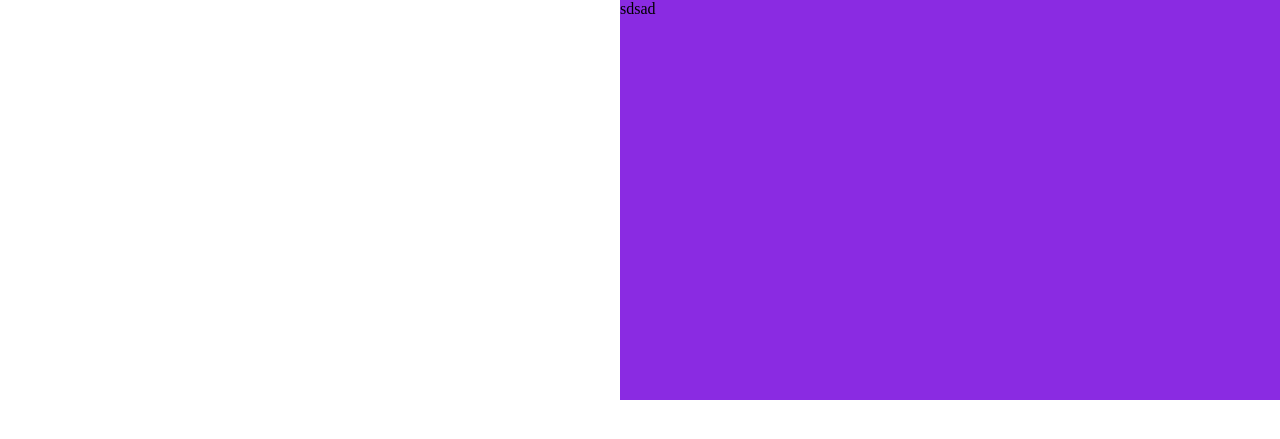
Repository: rohdejakub/portfolio
Page: index.html
The author's editor kept a copy of each file at every save. The page is drawn from the files as they stood at one save, then again after the next save.
The browser window is 1280 px wide. The pictures show the whole page.

Above is the page before, as saved 2018-11-12 20:23:10.

After the next save:
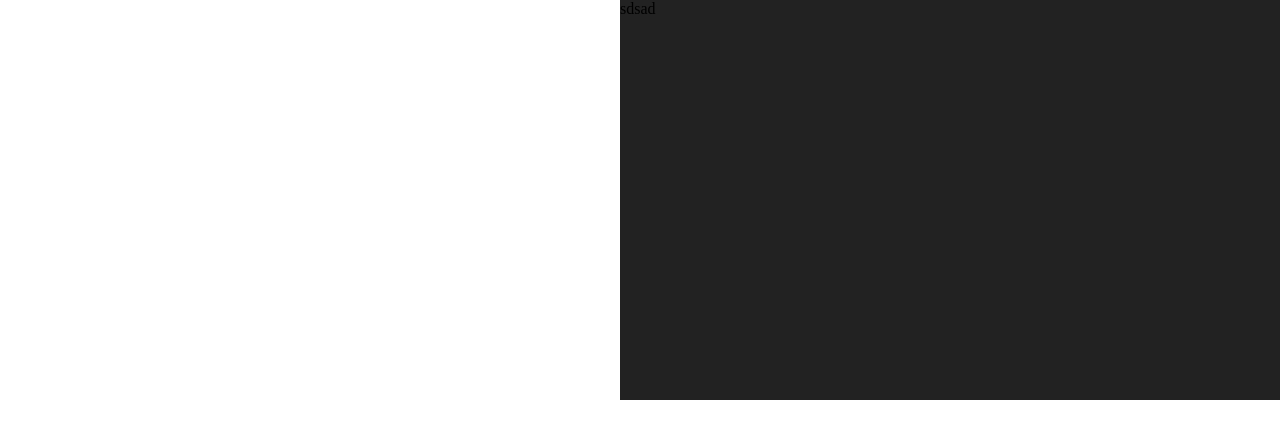
Saved 5 s later.
--- a/css/main.css
+++ b/css/main.css
@@ -42,7 +42,7 @@
 .portfolio{
     grid-area: portfolio;
     height: 400px;
-    background-color: blueviolet;
+    background-color: #222;
 }
 
 footer{

After the 2 saves that followed:
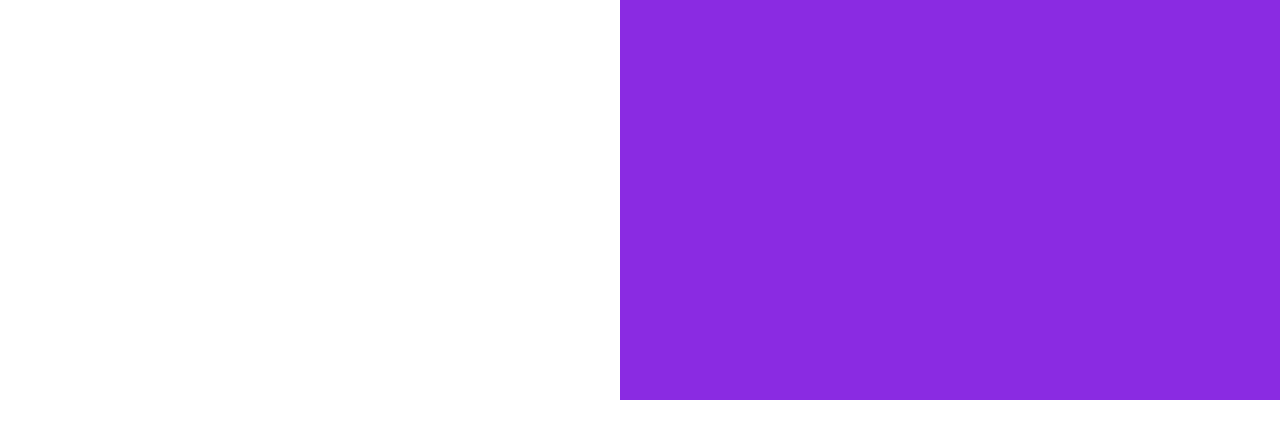
The 2 saves are shown as one change because they came seconds apart.
The last was saved 15 s later.
--- a/css/main.css
+++ b/css/main.css
@@ -47,4 +47,6 @@
 
 footer{
     grid-area: footer;
+    height: 400px;
+    background-color: blueviolet;
 }
